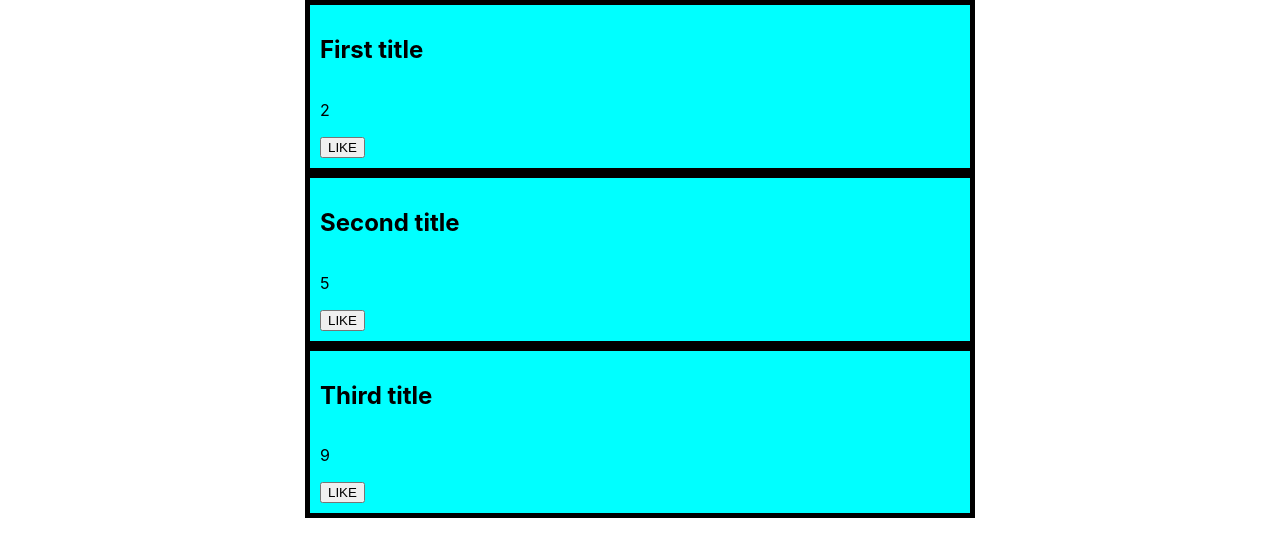
Repository: asapvtec98/egzamin
Page: /
The author's editor kept a copy of each file at every save. The page is drawn from the files as they stood at one save, then again after a run of saves.
The browser window is 1280 px wide. The pictures show the whole page.
The project was rebuilt for these pictures with package versions that can differ from the ones it lists, and the page was loaded fresh each time.

Above is the page before, as saved 2023-11-14 12:26:12.

### src/App.js
import React from "react";
import Komentarz from "./components/Comment";
function App() {
  const comments = [
    {
      title: "First title",
      likes: 2
    },
    {
      title: "Second title",
      likes: 5
    },
    {
      title: "Third title",
      likes: 9
    }
  ]

  const displayComments = comments.map((comment) =>
      <div className="Comment">
        <Komentarz title={comment.title} likes={comment.likes}></Komentarz>
      </div>
  )

  return (
      <div className="center">
        {displayComments}
      </div>
  )
}

export default App;

### src/components/Comment.js
import React, { useState } from "react";
import "./Comment.css";

function Komentarz(props) {
    const [likes, setLike] = useState(false);
    const [count, setCount] = useState(parseInt(props.likes));
    const [show, setShow] = useState(true);

    const handleLikes = () => {
        if(!likes) {
            setLike(true);
            setCount(count + 1);
        } else {
            setLike(false);
            setCount(count - 1);
        }


    };

    return(
        <div className="comment">
            <h2>{props.title}</h2>
            <div>
                <div className="inline">
                    <p>{count}</p>
                </div>
                <div></div>
                <div className="inline">
                    <button type="button" onClick={() => {
                        setShow(!show)
                        handleLikes();
                    }}>{show === true ? 'LIKE' : 'DISLIKE'}</button>
                </div>
            </div>
        </div>
    )

}
export default Komentarz;

### src/components/Comment.css
.comment {
    border: 1px solid black;
    background-color:aqua;
        border: 5px solid;
        margin: auto;
        width: 50%;
        padding: 10px;

}


.inline {
    display: inline-block;
}

Loaded but not shown: public/index.html (common file); src/index.js (common file); src/index.css (common file); src/reportWebVitals.js (common file)

After the next 2 saves:
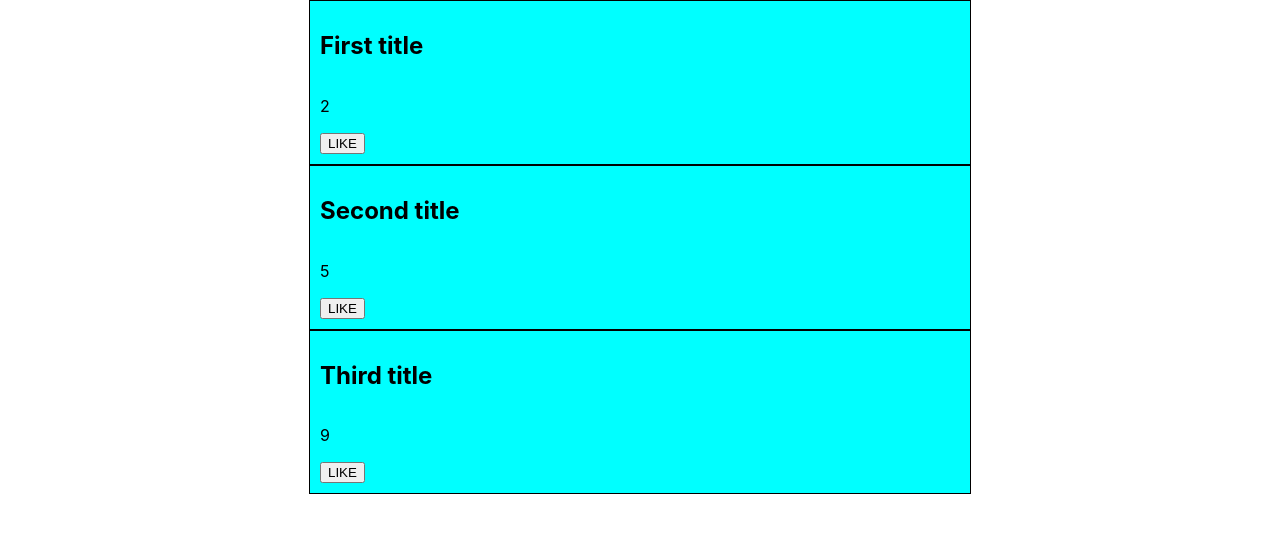
The 2 saves are shown as one change because they came seconds apart.
The last was saved 10 s later.
--- a/src/components/Comment.css
+++ b/src/components/Comment.css
@@ -1,9 +1,7 @@
 .comment {
     border: 1px solid black;
     background-color:aqua;
-        border: 5px solid;
-        margin: auto;
-        width: 50%;
+    margin: auto;    width: 50%;
         padding: 10px;
 
 }
